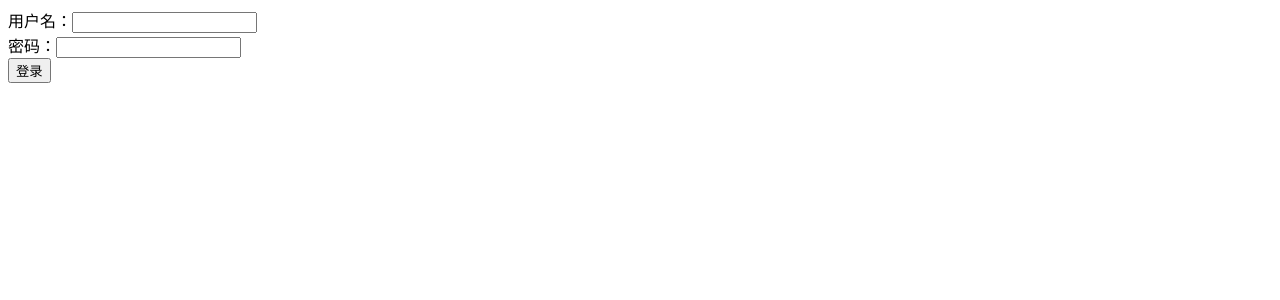
Repository: zhenyusu/j2eeDemo
Page: http://localhost/day11_04_el/login.jsp
These files come from the project's save history. The page is drawn as it stood at one moment and after the next save; the edit follows.
The browser window is 1280 px wide. The pictures show the whole page.
The page is served by Tomcat 9.

Above is the page before, as saved 2018-03-01 08:33:28.

After the next save:
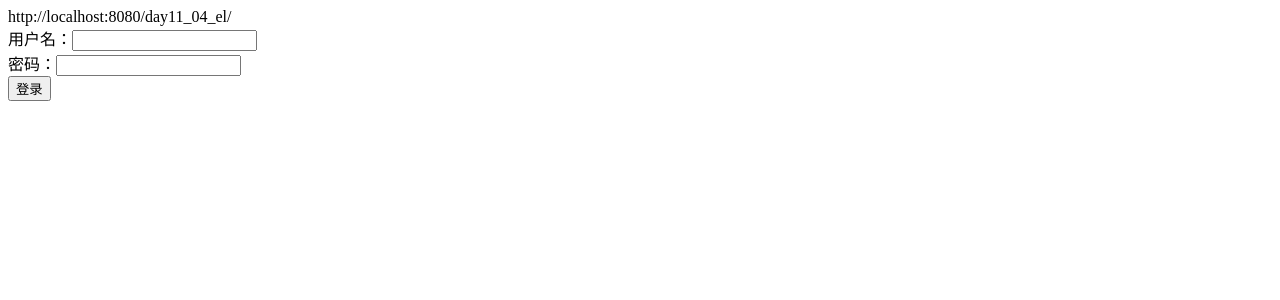
Saved 30 s later.
--- a/day11_04_el/WebRoot/login.jsp
+++ b/day11_04_el/WebRoot/login.jsp
@@ -12,7 +12,9 @@ String basePath = request.getScheme()+"://"+request.getServerName()+":"+request.
 		<title>Insert title here</title>
 	</head>
 	<body>
-
+		<%
+			out.print(basePath);
+		%>
 		<form action="${pageContext.request.contextPath }/success.jsp" method="post">
 			用户名：<input type="text" name="userName" /><br /> 密码：<input
 				type="password" name="pwd" /><br /> <input type="submit" value="登录" /><br />
